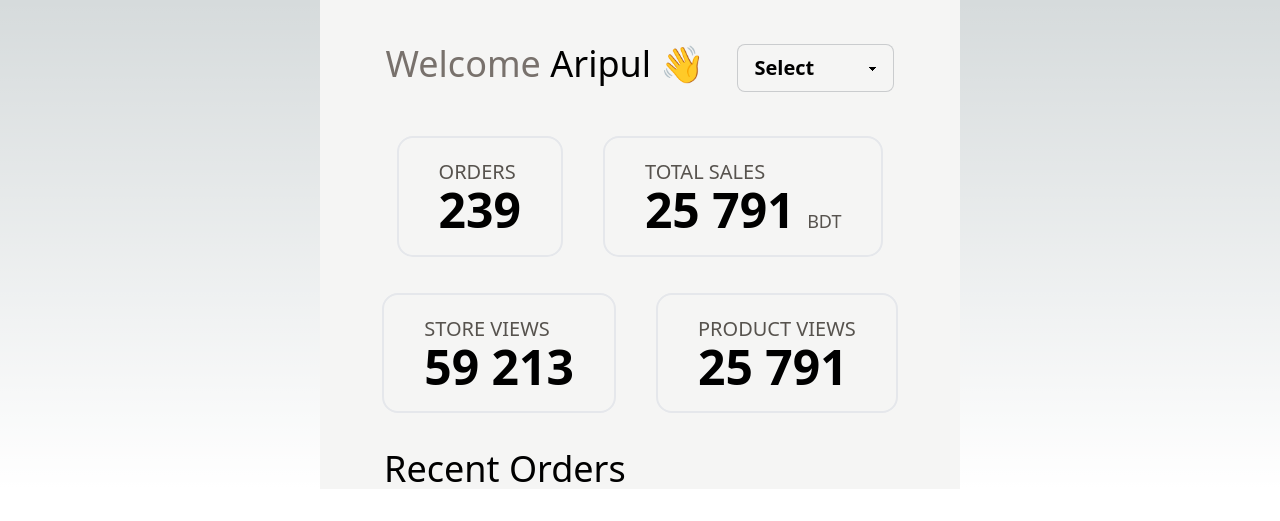
Repository: mehedi9465/nextapp
Page: /Dashboard
These files come from the project's save history. The page is drawn as it stood at one moment and after the next save; the edit follows.
The browser window is 1280 px wide. The pictures show the whole page.
The project was rebuilt for these pictures with package versions that can differ from the ones it lists, and the page was loaded fresh each time. The framework's server and built-in components were replaced by stand-ins that run in the browser. Also part of the build but not shown: next.config.js, Components/Navbar.js.

Above is the page before, as saved 2023-03-04 15:53:17.

### pages/Dashboard/index.js
import Navbar from "@/Components/Navbar";
import Link from "next/link";
import React from "react";

const index = () => {
  return (
    <>
      {/* <Navbar></Navbar> */}

      <div className="max-w-screen-sm mx-auto bg-stone-100 text-black overflow-hidden">
        <div className="flex justify-center py-2 my-9">
          <p className="text-4xl mx-4">
            <span className="text-stone-500">Welcome</span> Aripul 👋
          </p>
          <select className="select select-bordered text-xl max-w-xs bg-stone-100 outline-0 mx-4">
            <option disabled selected>
              Select
            </option>
            <option>Today</option>
            <option>Yesterday</option>
          </select>
        </div>
        <div className="flex justify-center my-9">
          <div className="border-2 rounded-2xl justify-start mx-5 px-10 py-5">
            <p className="uppercase text-stone-600 font-normal text-xl">
              Orders
            </p>
            <p className="text-5xl font-bold">239</p>
          </div>
          <div className="border-2 rounded-2xl justify-start mx-5 px-10 py-5 text-left">
            <p className="uppercase text-stone-600 font-normal text-xl">
              Total Sales
            </p>
            <p className="text-5xl font-bold">
              25 791{" "}
              <span className="text-stone-600 font-medium text-lg">BDT</span>
            </p>
          </div>
        </div>
        <div className="flex justify-center my-9">
          <div className="border-2 rounded-2xl justify-start mx-5 px-10 py-5">
            <p className="uppercase text-stone-600 font-normal text-xl">
              Store views
            </p>
            <p className="text-5xl font-bold">59 213</p>
          </div>
          <div className="border-2 rounded-2xl justify-start mx-5 px-10 py-5 text-left">
            <p className="uppercase text-stone-600 font-normal text-xl">
              Product views
            </p>
            <p className="text-5xl font-bold">25 791</p>
          </div>
        </div>
        <div>
          <h1 className="text-4xl mx-16">Recent Orders</h1>
        </div>
      </div>
    </>
  );
};

export default index;

Loaded but not shown: pages/_app.js (common file); pages/_document.js (common file); styles/globals.css (common file); tailwind.config.js (common file)

After the next save:
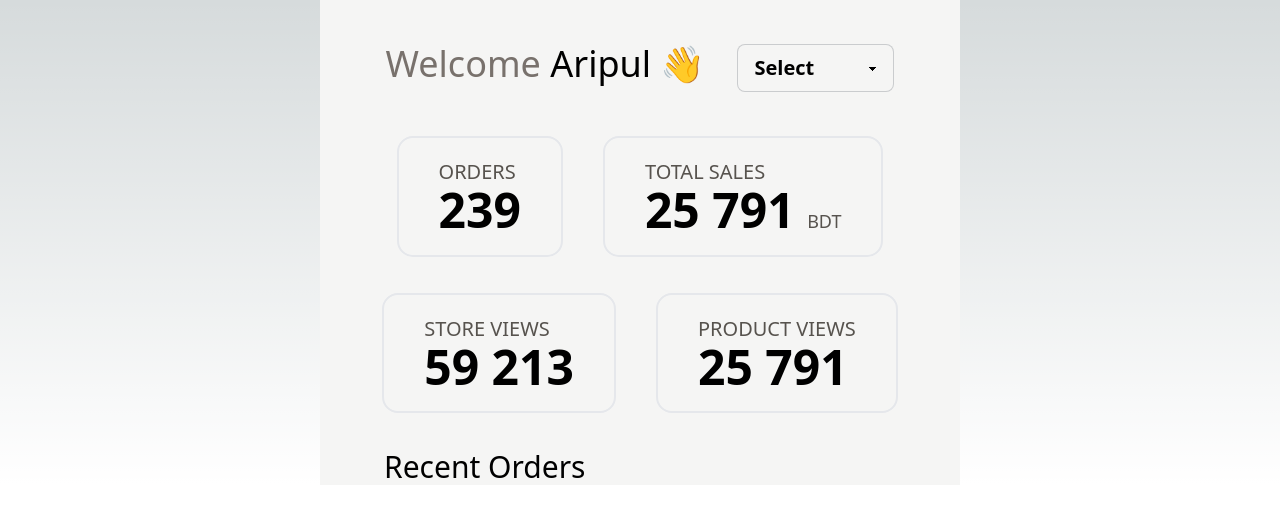
Saved 8 s later.
--- a/pages/Dashboard/index.js
+++ b/pages/Dashboard/index.js
@@ -52,7 +52,7 @@ const index = () => {
           </div>
         </div>
         <div>
-          <h1 className="text-4xl mx-16">Recent Orders</h1>
+          <h1 className="text-3xl mx-16">Recent Orders</h1>
         </div>
       </div>
     </>
